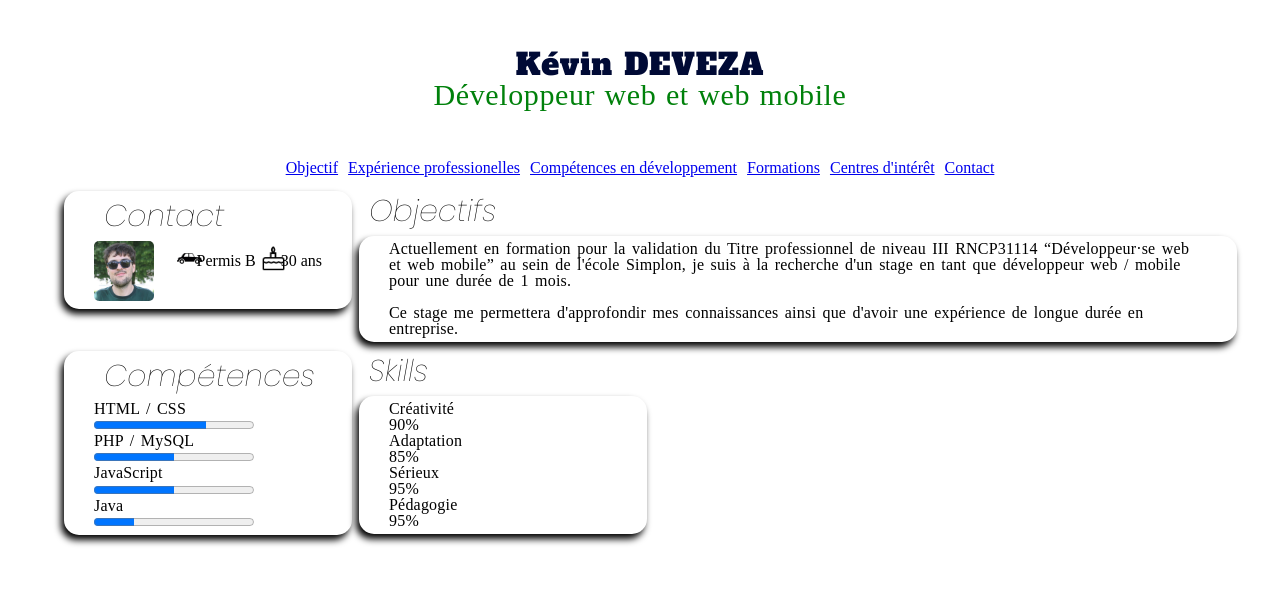
Repository: KevinDvZ/kevindvz.github.io
Page: index.html
The author's editor kept a copy of each file at every save. The page is drawn from the files as they stood at one save, then again after the next save.
The browser window is 1280 px wide. The pictures show the whole page.

Above is the page before, as saved 2020-10-28 11:52:24.

### index.html
<!DOCTYPE html>
<html>
    <!--HEADER-->
<head>
    <title id="nomprenom">DEVEZA Kevin - Développeur Web et Web mobile.</title>
        <meta charset="utf-8" />
        <meta name="description" contents="CV de Kévin DEVEZA, développeur web  et web mobile junior."/>
        <link rel="stylesheet" href="css/cv_deveza.css" />
        <link rel="stylesheet" href="css/reset.css"/>
        <link href="https://fonts.googleapis.com/css2?family=Alfa+Slab+One&display=swap" rel="stylesheet">
        <link href="https://fonts.googleapis.com/css2?family=Abril+Fatface&display=swap" rel="stylesheet">
        <link href="https://fonts.googleapis.com/css2?family=Poppins:ital,wght@1,100&display=swap" rel="stylesheet">
</head>

<body>

<header>

    <div class="text-center">
         <h1 id="nomprenom">Kévin DEVEZA</h1>
         <p id="metier">Développeur web et web mobile</p>
    </div>
</header>

<nav>
        <a class="menu" href="#intro">Objectif</a>
        <a class="menu" href="#experience">Expérience professionelles</a>
        <a class="menu" href="#langages">Compétences en développement</a>
        <a class="menu" href="#formations">Formations</a>
        <a class="menu" href="#interets">Centres d'intérêt</a>
        <a class="menu" href="#contact">Contact</a>
</nav>

<main>

<div id="cadre-obj">
        <h2 class="entete">Objectifs</h2>
        <div class="cadre">
        <p class="p-center">Actuellement en formation pour la validation du Titre professionnel de niveau III RNCP31114  “Développeur·se web et web mobile” au sein de l'école Simplon, je suis à la recherche d'un stage en tant que développeur web / mobile pour une durée de 1 mois.</p>
        <br>
    <p class="p-center">Ce stage me permettera d'approfondir mes connaissances ainsi que d'avoir une expérience de longue durée en entreprise.</p>
</div>
</div>

<div id="cadre-contact">
    <div class="cadre">
      <h2 class="entete">Contact</h2>

      <img src="assets/img/solaire_cv.jpg" alt="" class="img">
        <h3><img src="assets/icones/birthday_cake.png" alt="" class="icone">30 ans </h3>
        <h3><img src="assets/icones/car.png" alt="" class="icone">Permis B</h3>

      </div>
</div>

<div id="cadre-langages">
        <div class="cadre">
            <h2 class="entete">Compétences</h2>
                    <div class="cadre-jauges">
        <p>HTML / CSS<p>
        <progress id="file" max="100" value="70"> 70% </progress>
        <p>PHP / MySQL</p>
        <progress id="file" max="100" value="50"> 50% </progress>
        <p>JavaScript</p>
        <progress id="file" max="100" value="50"> 30% </progress>
        <p>Java<p>
        <progress id="file" max="100" value="25"> 25% </progress>
    </div>
</div>
    </div>
<div id="cadre-competences">
    <h2 class="entete">Skills</h2>
    <div class="cadre">
        <p>Créativité</p>
        <p>90%</p>
        <p>Adaptation</p>
        <p>85%</p>
        <p>Sérieux</p>
        <p>95%</p>
        <p>Pédagogie</p>
        <p>95%</p></div>

</div>



</main>
<body>
</html>

### css/cv_deveza.css
header {
  padding: 30px;
  text-align: center;
}

.text-center {
  display: inline-block;
  text-align: center;
  padding: 50px;
}

#nomprenom {
  font-family: "Alfa Slab One", cursive;
  font-size: 30px;
  letter-spacing: 0.8px;
  word-spacing: 1.4px;
  color: #000a35;
}

#metier {
  font-size: 30px;
  letter-spacing: 0.6px;
  word-spacing: 1.4px;
  color: #00810b;
  margin-bottom: auto;
}

nav {
  display: inline-block;
  text-align: center;
  width: 100%;
}
p {
  font-family: Georgia, serif;
  font-size: 14px;
  letter-spacing: 0.2px;
  word-spacing: 2.2px;
  color: #000000;
  font-weight: 400;
  text-decoration: rgb(68, 68, 68);
  font-style: normal;
  font-variant: normal;
  text-transform: none;
}

.pcenter {
  text-align: center;
}
.menu {
  margin: 3px 3px 3px 3px;
}

body {
  background: rgb(255, 255, 255);
}

main {
  margin-top: 20px;
  display: grid;
  gap: 9px 7px;
  height: auto;
  margin: 15px 5% auto 5%;
  grid-template-columns: repeat(4, 25%);
  grid-template-rows: auto;
  grid-template-areas: "contact obj obj obj";
}

#cadre-obj {
  grid-area: obj;
}

h3 {
  float: right;
}

address {
  float: right;
}

#cadre-contact {
  grid-area: contact;
}

.intro {
  margin: 20px 1px 0px 0px;
  display: grid;
  grid-area: intro;
  gap: 1% 25px;
  padding-left: 30px;
  border-radius: 15px;
  background: #ffffff;
}

.img {
  max-height: 60px;
  margin-right: 5px;
  border-radius: 5px;
}

.entete {
  font-family: "Abril Fatface", cursive;
  font-size: 30px;
  display: block;
  font-family: "Poppins", sans-serif;
  margin: 5px auto 10px 10px;
}

.cadre {
  -webkit-box-shadow: -3px 5px 7px 0px #000000;
  box-shadow: -3px 5px 7px 0px #000000;
  display: block;
  padding: 5px 30px 5px 30px;
  border-radius: 15px;
}

li {
  list-style: square;
}

#competences {
  background-color: aqua;
  float: left;
}

.icone {
  width: 25px;
  position: relative;
  top: 5px;
  left: 5px;
}

Loaded but not shown: css/reset.css (common file)

After the next save:
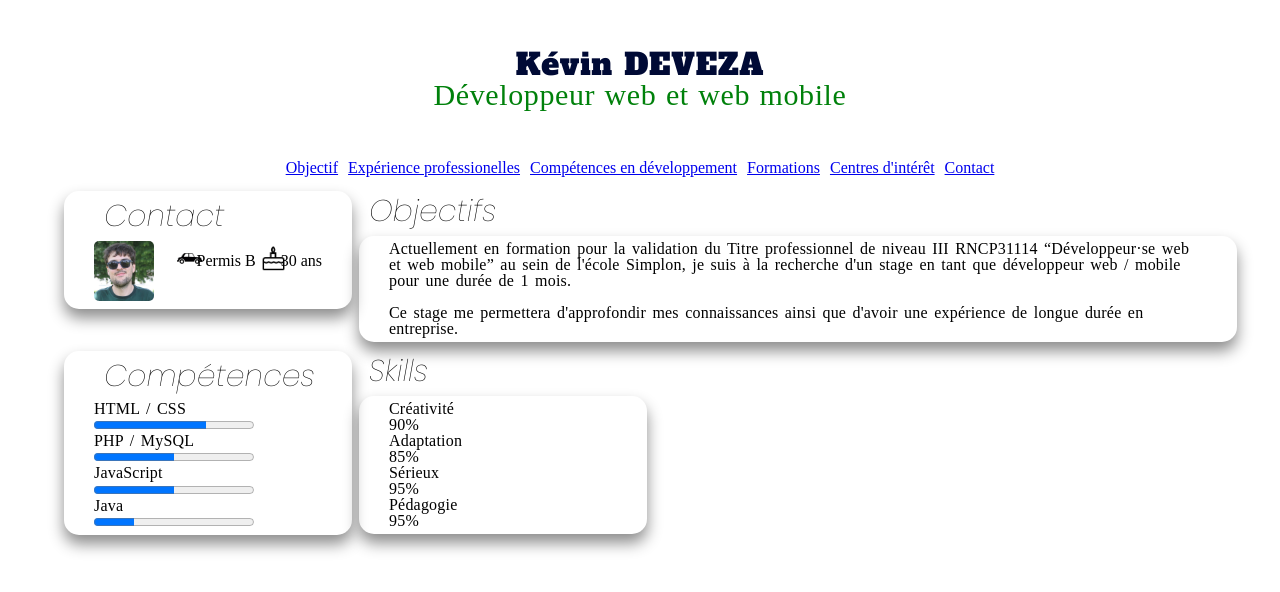
Saved 75 min 47 s later.
--- a/css/cv_deveza.css
+++ b/css/cv_deveza.css
@@ -69,6 +69,9 @@ main {
   grid-area: obj;
 }
 
+h2 {
+}
+
 h3 {
   float: right;
 }
@@ -106,8 +109,7 @@ address {
 }
 
 .cadre {
-  -webkit-box-shadow: -3px 5px 7px 0px #000000;
-  box-shadow: -3px 5px 7px 0px #000000;
+  box-shadow: 0 9px 15px rgba(0, 0, 0, 0.45);
   display: block;
   padding: 5px 30px 5px 30px;
   border-radius: 15px;
